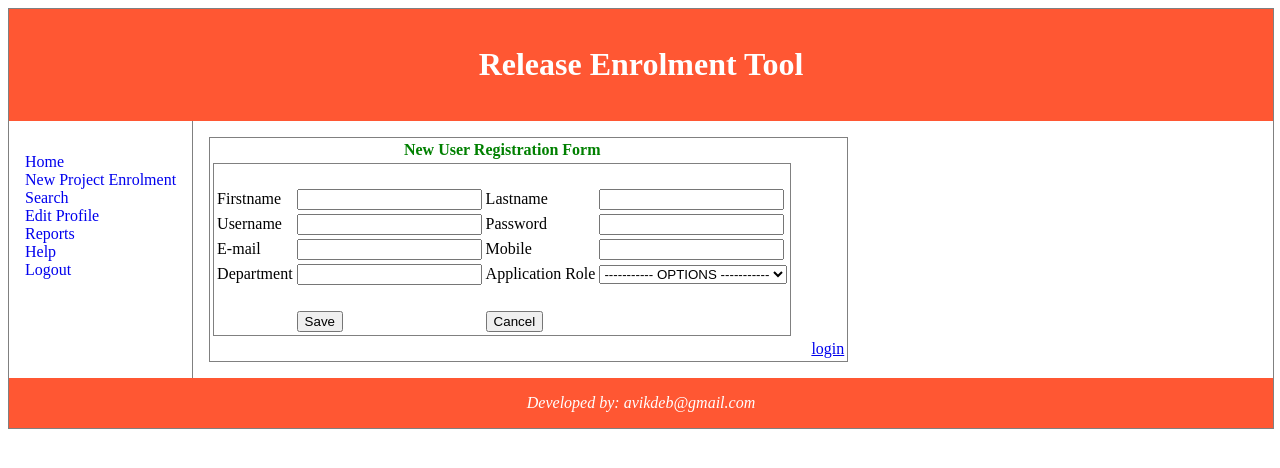
Repository: guribrar/enrolmentapp
Page: http://localhost/enrolmentapp/newuser.jsp
These files come from the project's save history. The page is drawn as it stood at one moment and after the next save; the edit follows.
The browser window is 1280 px wide. The pictures show the whole page.
The page is served by Tomcat 9. Other server files are loaded and not shown. Queries for data that is not in the repository find no rows.

Above is the page before, as saved 2016-12-31 17:12:22.

### enrolmentapp/WebContent/newuser.jsp
<%@ page language="java" contentType="text/html; charset=ISO-8859-1"
    pageEncoding="ISO-8859-1"%>
<%@ taglib uri="http://java.sun.com/jsp/jstl/sql" prefix="sql" %>
<%@ taglib uri="http://java.sun.com/jsp/jstl/core" prefix="c" %>

<!DOCTYPE html PUBLIC "-//W3C//DTD HTML 4.01 Transitional//EN" "http://www.w3.org/TR/html4/loose.dtd">

<sql:query var="rs" dataSource="jdbc/enrolmentapp">
	select role from enrolmentapp.role
</sql:query>

<html>
<head>
<meta http-equiv="Content-Type" content="text/html; charset=ISO-8859-1">
<link rel="stylesheet" type="text/css" href="css/style.css">
<title>New User Registration</title>
</head>

<body>

<div class="container">

<header>
   <h1>Release Enrolment Tool</h1>
</header>

<nav>
  <ul>
    <li><a href="testlogin.jsp">Home</a></li>
    <li><a href="underconstruction.jsp">New Project Enrolment</a></li>
    <li><a href="underconstruction.jsp">Search</a></li>
    <li><a href="underconstruction.jsp">Edit Profile</a></li>
    <li><a href="underconstruction.jsp">Reports</a></li>
    <li><a href="underconstruction.jsp">Help</a></li>
    <li><a href="login.jsp">Logout</a></li>
  </ul>
</nav>


<article>
<table frame="box">
	<tr>
		<th><font color="green">New User Registration Form</font></th>
	</tr>
	<tr>
		<td>
			<form action="UserRegistrationServlet">
			<table frame="box">
				<tr>
					<td>&nbsp;</td>
					<td>&nbsp;</td>
					<td>&nbsp;</td>
					<td>&nbsp;</td>
				</tr>
				<tr>
					<td>Firstname</td>
					<td><input type="text" name="firstname" value="" /></td>
					<td>Lastname</td>
					<td><input type="text" name="lastname" value="" /></td>
				</tr>
				<tr>
					<td>Username</td>
					<td><input type="text" name="username" value="" /></td>
					<td>Password</td>
					<td><input type="password" name="password" value="" /></td>
				</tr>
				<tr>
					<td>E-mail</td>
					<td><input type="text" name="email" value="" /></td>
					<td>Mobile</td>
					<td><input type="text" name="mobile" value="" /></td>
				</tr>
				<tr>
					<td>Department</td>
					<td><input type="text" name="email" value="" /></td>
					<td>Application Role</td>
					<td>
						<select name="role">
							<option value="">----------- OPTIONS -----------</option>
							<c:forEach var="row" items="${rs.rows}">
    							<option value="${row.role}">${row.role}</option>
							</c:forEach>
						</select>
					</td>
				</tr>
				<tr>
					<td>&nbsp;</td>
					<td>&nbsp;</td>
					<td>&nbsp;</td>
					<td>&nbsp;</td>
				</tr>
				<tr>
					<td>&nbsp;</td>
					<td><input type="submit" name="save" value="Save"/></td>
					<td><input type="submit" name="cancel" value="Cancel"/></td>
					<td>&nbsp;</td>
				</tr>
			</table>
			</form>
		</td>
	</tr>
	<tr>
		<td>&nbsp;</td>
		<td>&nbsp;</td>
		<td>&nbsp;</td>
		<td><a href="login.jsp">login</a></td>
	</tr>
</table>

</article>

<footer><i>Developed by: avikdeb@gmail.com</i></footer>

</div>



</body>
</html>

### enrolmentapp/WebContent/css/style.css
@CHARSET "ISO-8859-1";

div.container {
    width: 100%;
    border: 1px solid gray;
}

header, footer {
    padding: 1em;
    color: white;
    background-color: #FF5733;
    clear: left;
    text-align: center;
}

nav {
    float: left;
    max-width: 160px;
    margin: 0;
    padding: 1em;
}

nav ul {
    list-style-type: none;
    padding: 0;
}

nav ul a {
    text-decoration: none;
}

article {
    margin-left: 170px;
    border-left: 1px solid gray;
    padding: 1em;
    overflow: hidden;
}

After the next save:
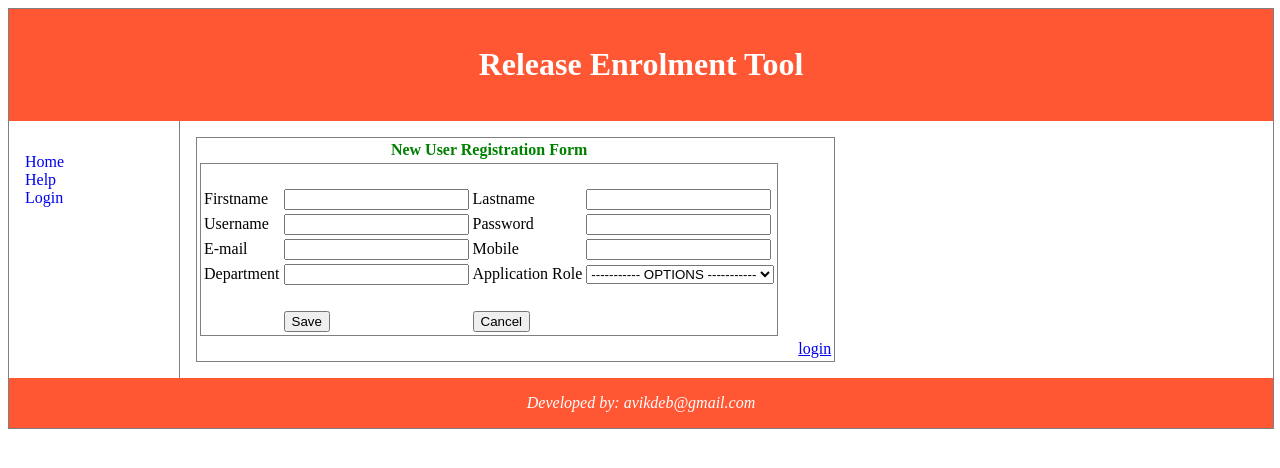
Saved 25 s later.
--- a/enrolmentapp/WebContent/newuser.jsp
+++ b/enrolmentapp/WebContent/newuser.jsp
@@ -27,12 +27,8 @@
 <nav>
   <ul>
     <li><a href="testlogin.jsp">Home</a></li>
-    <li><a href="underconstruction.jsp">New Project Enrolment</a></li>
-    <li><a href="underconstruction.jsp">Search</a></li>
-    <li><a href="underconstruction.jsp">Edit Profile</a></li>
-    <li><a href="underconstruction.jsp">Reports</a></li>
     <li><a href="underconstruction.jsp">Help</a></li>
-    <li><a href="login.jsp">Logout</a></li>
+    <li><a href="login.jsp">Login</a></li>
   </ul>
 </nav>
 
